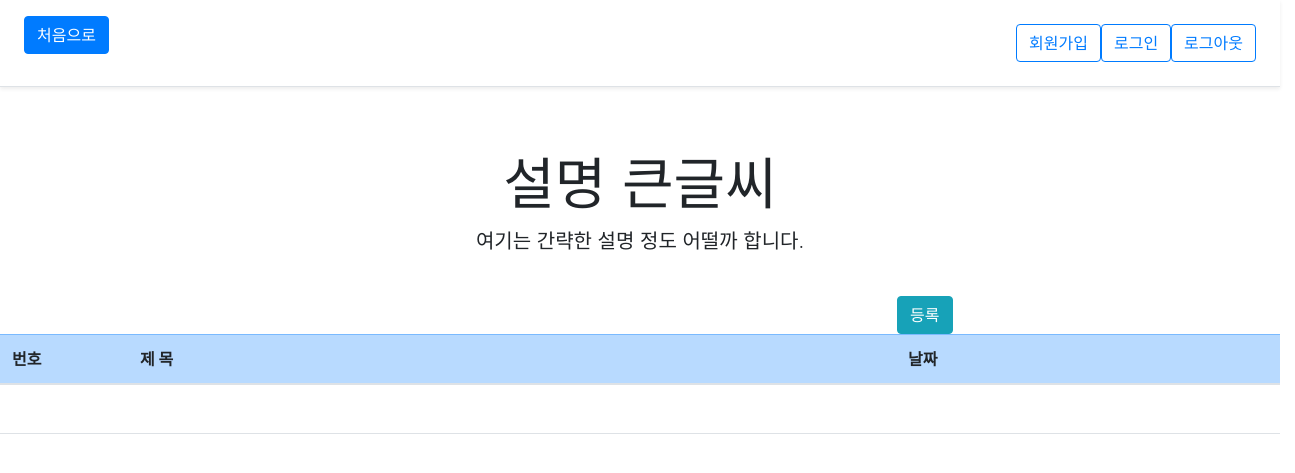
Repository: SettingRhino/innogleantmanager
Page: http://localhost/antmanager/WEB-INF/views/diary.jsp
An editor plug-in stored every save of this project. The page is shown before and after the next save, followed by the edit.
The browser window is 1280 px wide. The page is 1295 px wide, so the pictures cover 1295 px, including what lies to the right of the window. The pictures show the whole page.
The page is served by Tomcat 9. Nobody is signed in. Other server files are loaded and not shown. The template is opened directly, without the code that normally fills it, so the values that code supplies are empty.

Above is the page before, as saved 2020-06-09 02:30:37.

### antmanager/src/main/webapp/WEB-INF/views/diary.jsp
<%@ page language="java" contentType="text/html; charset=UTF-8"
	pageEncoding="UTF-8"%>
<%@ taglib uri="http://java.sun.com/jsp/jstl/core" prefix="c"%>

<!doctype html>
<html>
<head>
<meta charset="utf-8">
<meta name="viewport"
	content="width=device-width, initial-scale=1, shrink-to-fit=no">
<meta name="description" content="">
<meta name="author"
	content="Mark Otto, Jacob Thornton, and Bootstrap contributors">
<meta name="generator" content="Jekyll v4.0.1">
<title>Pricing example · Bootstrap</title>

<link rel="canonical"
	href="https://getbootstrap.com/docs/4.5/examples/pricing/">

<link rel="stylesheet"
	href="https://stackpath.bootstrapcdn.com/bootstrap/4.4.1/css/bootstrap.min.css"
	integrity="sha384-Vkoo8x4CGsO3+Hhxv8T/Q5PaXtkKtu6ug5TOeNV6gBiFeWPGFN9MuhOf23Q9Ifjh"
	crossorigin="anonymous">

<style>
.bd-placeholder-img {
	font-size: 1.125rem;
	text-anchor: middle;
	-webkit-user-select: none;
	-moz-user-select: none;
	-ms-user-select: none;
	user-select: none;
}

@media ( min-width : 768px) {
	.bd-placeholder-img-lg {
		font-size: 3.5rem;
	}
}
</style>
<!-- Custom styles for this template -->

<link href="<c:url value="/resources/css/pricing.css"/>"
	rel="stylesheet">
</head>
<body>
	<div
		class="d-flex flex-column flex-md-row align-items-center p-3 px-md-4 mb-3 bg-white border-bottom shadow-sm">
		<h5 class="my-0 mr-md-auto font-weight-normal">
			<p align="center">
				<a href="<c:url value="/"/>" class="btn btn-primary" role="button">처음으로</a>
			</p>
		</h5>
		<nav class="my-2 my-md-0 mr-md-3"></nav>

		<a class="btn btn-outline-primary"href="<c:url value="/user/signup"/>">회원가입</a>
		<a class="btn btn-outline-primary" href="<c:url value="/login"/>">로그인</a>
		<a class="btn btn-outline-primary" href="<c:url value="/logout"/>">로그아웃</a>
	</div>

	<div
		class="pricing-header px-3 py-3 pt-md-5 pb-md-4 mx-auto text-center">
		<h1 class="display-4">설명 큰글씨</h1>
		<p class="lead">여기는 간략한 설명 정도 어떨까 합니다.</p>
	</div>
	<div class="row">
		<div class="col-lg-3"></div>
		<div class="col-lg-3"></div>
		<div class="col-lg-3" align="right">
			<a href="<c:url value="/diary/edit"/>" class="btn btn-info" role="button">등록</a>
		</div>
	</div>
	<table class="table">
		<thead>
			<tr class="table-primary">
				<th style="width: 10%">번호</th>
				<th style="width: 60%">제 목</th>
				<th style="width: 20%">날짜</th>
				<th style="width: 10%"></th>
			</tr>
		</thead>

		<tbody>
			<c:forEach var="diary" items="${diarys}">
				<tr>
					<td>${diary.id}</td>
					<td><a
						href="<c:url value="/diary/viewItem?user=${diary.user}&id=${diary.id}"/>">${diary.title}</a></td>
					<td>${diary.date}</td>
					<td><a href="<c:url value="/diary/delete?id=${diary.id}"/>"
						class="btn btn-info" role="button">삭제</a></td>
				</tr>
			</c:forEach>
		</tbody>
	</table>
	<footer class="pt-4 my-md-5 pt-md-5 border-top"> </footer>

</body>
</html>

### antmanager/src/main/webapp/resources/css/pricing.css
@charset "UTF-8";
html {
  font-size: 14px;
}
@media (min-width: 768px) {
  html {
    font-size: 16px;
  }
}

.container {
  max-width: 960px;
}

.pricing-header {
  max-width: 700px;
}

.card-deck .card {
  min-width: 220px;
}

After the next save:
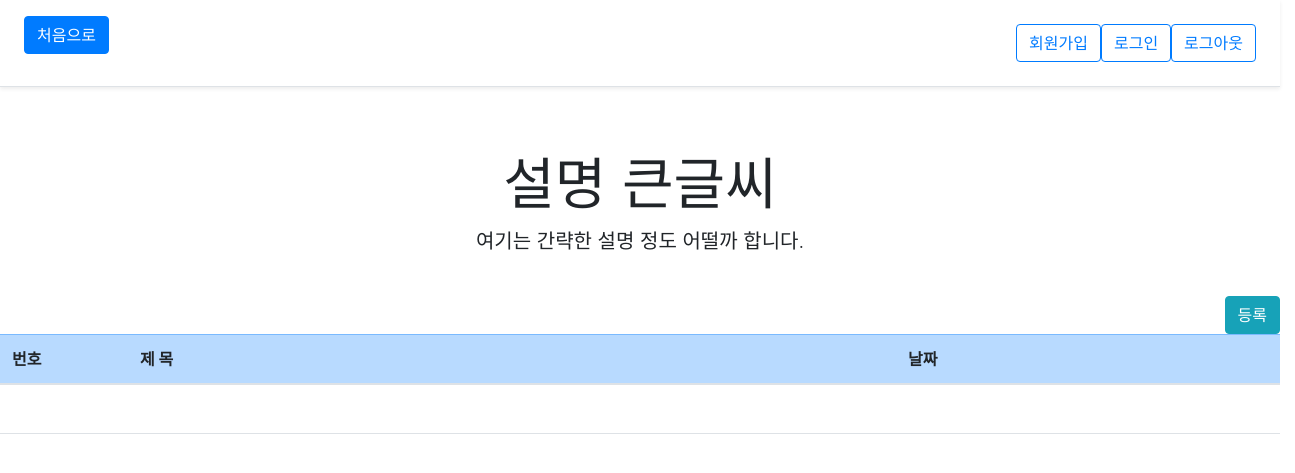
Saved 17 s later.
--- a/antmanager/src/main/webapp/WEB-INF/views/diary.jsp
+++ b/antmanager/src/main/webapp/WEB-INF/views/diary.jsp
@@ -64,9 +64,9 @@
 		<p class="lead">여기는 간략한 설명 정도 어떨까 합니다.</p>
 	</div>
 	<div class="row">
-		<div class="col-lg-3"></div>
-		<div class="col-lg-3"></div>
-		<div class="col-lg-3" align="right">
+		<div class="col-lg-4"></div>
+		<div class="col-lg-4"></div>
+		<div class="col-lg-4" align="right">
 			<a href="<c:url value="/diary/edit"/>" class="btn btn-info" role="button">등록</a>
 		</div>
 	</div>
